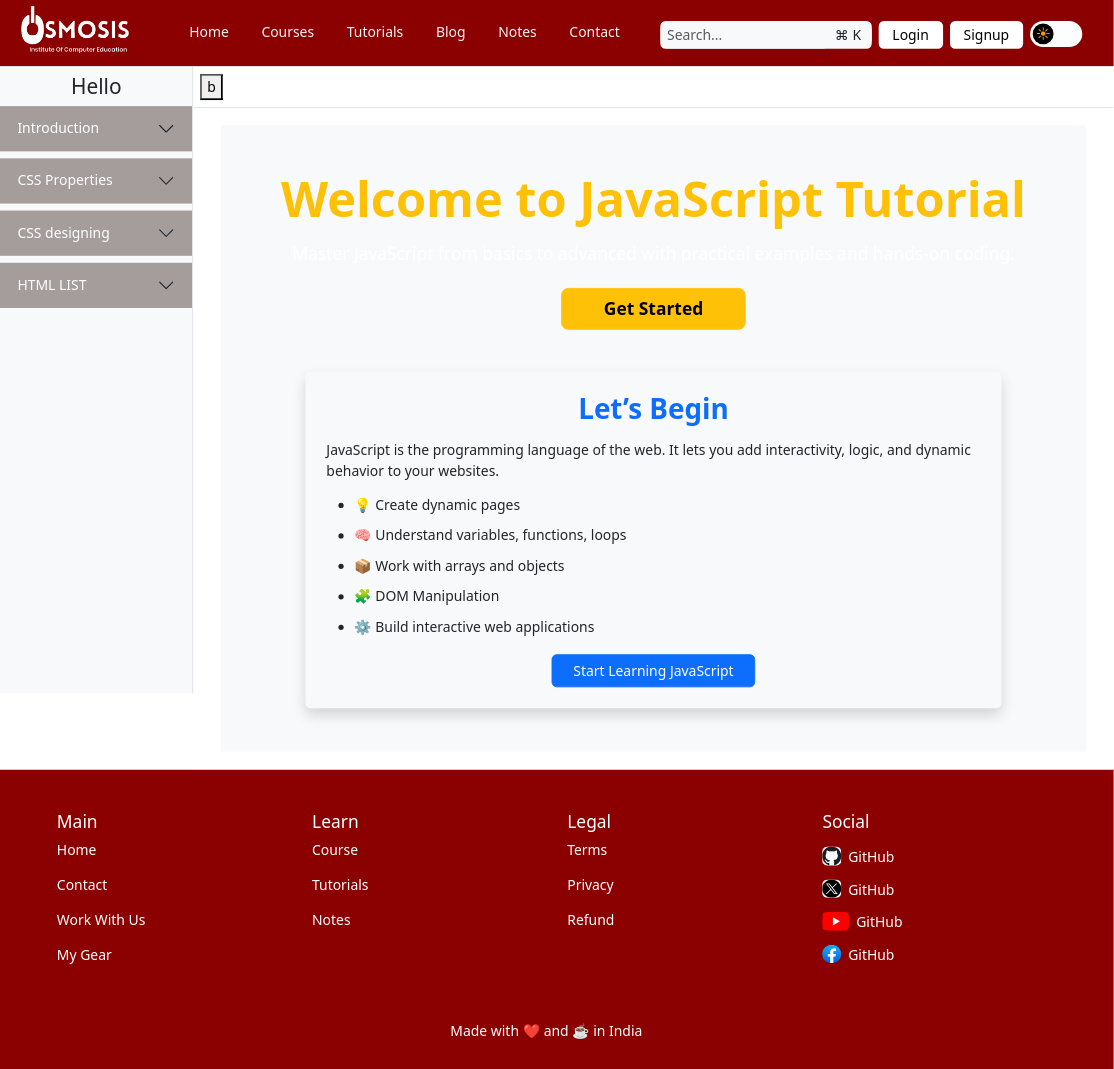
Repository: samriidhpandey/osmosis
Page: /js
These files come from the project's save history. The page is drawn as it stood at one moment and after a run of saves; the edit follows.
The browser window is 1280 px wide. The pictures show the whole page, at 87% of full size.
The project was rebuilt for these pictures with package versions that can differ from the ones it lists, and the page was loaded fresh each time. Also part of the build but not shown: vite.config.js, src/Section2.jsx, src/Section3.jsx, src/Section4.jsx, src/Section5.jsx, src/Hero.jsx, src/Component2/Courses.jsx, src/component3/Tutorial.jsx and 90 more. Imported but missing from the stored project, and not drawn on this page: src/Images/final-app-on-mobile.mp4, src/Images/final-app-on-pc.mp4, src/Images/open-terminals.mp4, src/Images/python-location.mp4.

Above is the page before, as saved 2025-07-12 19:21:30.

### index.html
<!doctype html>
<html lang="en">
  <head>
    <meta charset="UTF-8" />
    <link rel="icon" type="image/svg+xml" href="/vite.svg" />
    <meta name="viewport" content="width=device-width, initial-scale=1.0" />
    <title>Vite + React</title>
    <link href="https://cdn.jsdelivr.net/npm/bootstrap@5.0.2/dist/css/bootstrap.min.css" rel="stylesheet" integrity="sha384-EVSTQN3/azprG1Anm3QDgpJLIm9Nao0Yz1ztcQTwFspd3yD65VohhpuuCOmLASjC" crossorigin="anonymous">
    <link rel="stylesheet" href="https://cdnjs.cloudflare.com/ajax/libs/font-awesome/6.7.2/css/all.min.css" integrity="sha512-Evv84Mr4kqVGRNSgIGL/F/aIDqQb7xQ2vcrdIwxfjThSH8CSR7PBEakCr51Ck+w+/U6swU2Im1vVX0SVk9ABhg==" crossorigin="anonymous" referrerpolicy="no-referrer" />
    <link href="https://cdn.jsdelivr.net/npm/bootstrap@5.3.0/dist/css/bootstrap.min.css" rel="stylesheet" />
<link href="https://cdn.jsdelivr.net/npm/bootstrap-icons/font/bootstrap-icons.css" rel="stylesheet" />

  </head>
  <body>
    <div id="root"></div>
    <script type="module" src="/src/main.jsx"></script>
    <script src="https://cdn.jsdelivr.net/npm/bootstrap@5.0.2/dist/js/bootstrap.bundle.min.js" integrity="sha384-MrcW6ZMFYlzcLA8Nl+NtUVF0sA7MsXsP1UyJoMp4YLEuNSfAP+JcXn/tWtIaxVXM" crossorigin="anonymous"></script>
  </body>
</html>

### src/Footer.jsx
import React from 'react'
import get from './image/github.svg'
import get1 from './image/X.svg'
import get2 from './image/youtube.svg'
import get3 from './image/facebook.svg'

function Footer({isDark}) {
  const footer = {
    backgroundColor: isDark ? '#111827':'darkred',
    color: isDark ? 'white':'white',
  };
  return (
    <>
    <div className="container-fluid">
      <div className="row border-top" style={footer}>
        <div className="col-12 col-sm-12 col-md-12 col-lg-12 col-xl-11 col-xxl-10 m-auto ">
          <div className="row">
            <div className="col-6 col-sm-6 col-md-3 col-lg-3 col-xl-3 col-xxl-3 mt-5 fot-menu">
              <h5>Main</h5>
              <p>Home</p>
              <p>Contact</p>
              <p>Work With Us</p>
              <p>My Gear</p>
            </div>

            <div className="col-6 col-sm-6 col-md-3 col-lg-3 col-xl-3 col-xxl-3 mt-5">
              <h5>Learn</h5>
              <p>Course</p>
              <p>Tutorials</p>
              <p>Notes</p>

            </div>

            <div className="col-6 col-sm-6 col-md-3 col-lg-3 col-xl-3 col-xxl-3 mt-5">
              <h5>Legal</h5>
              <p>Terms</p>
              <p>Privacy</p>
              <p>Refund</p>

            </div>

            <div className="col-6 col-sm-6 col-md-3 col-lg-3 col-xl-3 col-xxl-3 mt-5">
              <h5>Social</h5>
              <div className="social d-flex p-0 mt-3"> <img src={get} className='img-fluid me-2 bg-light rounded' alt="" /> <p>GitHub</p></div>
              <div className="social d-flex p-0 mt-3"> <img src={get1} className='img-fluid me-2 bg-light rounded' alt="" /> <p>GitHub</p></div>
              <div className="social d-flex p-0 mt-3"> <img src={get2} className='img-fluid me-2' alt="" /> <p>GitHub</p></div>
              <div className="social d-flex p-0 mt-3"> <img src={get3} className='img-fluid me-2' alt="" /> <p>GitHub</p></div>

            </div>
          </div>
        </div>

        <div className="row">
          <div className="col-12 mb-3 mt-5">
            <p className='text-center'>Made with ❤️ and ☕ in India</p>
          </div>
        </div>
      </div>
    </div>
    </>
  )
}

export default Footer

### src/Tutorial-js/Homejs.jsx
import React from 'react'
import { Link, Outlet } from 'react-router-dom';

function Homejs() {
  const sidelist1 = () => {
  const sidelist = document.getElementById("sidelist");
  const isMobile = window.innerWidth <= 768; // Check if it's a mobile screen

  if (isMobile) {
    // Agar mobile screen hai to sidelist ko none karo
    sidelist.style.display = "none!important";
  } else {
    // Toggle for desktop
    if (sidelist.style.display === "block") {
      sidelist.style.display = "none";
    } else{
      sidelist.style.display = "block";
    }
  }

  const [activeItem, setActiveItem] = useState("intro1"); // default active

  const handleItemClick = (key) => {
    setActiveItem(key);
  };
};
  return (
    <>
    <div className="container-fluid">
        <div className="row">
          <div className="col-12 border-top d-flex p-0">
            <div className="side-list border-end bg-light" style={{ height: "100vh", overflowY: "auto",overflowX: "hidden"  }} id='sidelist'>
              <div className="row">
                <div className="col-12">
                  <h4 className='text-center mt-2'>Hello</h4>




                    <div className="accordion accordion-flush" id="accordionFlushExample">
  <div className="accordion-item">
    <h2 className="accordion-header" id="flush-headingOne">
      <button
        className="accordion-button collapsed custom-accordion-btn sidebar-link active"
        type="button"
        data-bs-toggle="collapse"
        data-bs-target="#flush-collapseOne"
        aria-expanded="false"
        aria-controls="flush-collapseOne"
      >
        Introduction
      </button>
    </h2>
    <div
      id="flush-collapseOne"
      className="accordion-collapse collapse"
      aria-labelledby="flush-headingOne"
      data-bs-parent="#accordionFlushExample"
    >
      <ul className="list-unstyled m-0 px-2 pb-2">
        <li className="mt-2">
          <Link to="Introandhis" className="text-decoration-none d-block px-3 py-2 rounded sidebar-link">
          Introduction & History
          </Link>{""}
        </li>
        <li className="mt-2">
          <Link to="Cssweb" className="text-decoration-none d-block px-3 py-2 rounded sidebar-link">
            Your first CSS website
          </Link>{""}
        </li>
        <li className='mt-2'>
          <Link to="Csswork" className="text-decoration-none d-block px-3 py-2 rounded sidebar-link">
            How CSS works?
          </Link>{""}
        </li>
        <li className='mt-2'>
          <Link to="Syntax" className="text-decoration-none d-block px-3 py-2 rounded sidebar-link">
            Syntax of CSS
          </Link>{""}
        </li>
        <li className='mt-2'>
          <Link to="Whystoaddcss" className="text-decoration-none d-block px-3 py-2 rounded sidebar-link">
            Whys to add CSS
          </Link>{""}
        </li>
        <li className='mt-2'>
          <Link to="CSSselector" className="text-decoration-none d-block px-3 py-2 rounded sidebar-link">
            CSS Selectors
          </Link>{""}
        </li>
        <li className='mt-2'>
          <Link to="Csscoments" className="text-decoration-none d-block px-3 py-2 rounded sidebar-link">
            CSS Comments
          </Link>{""}
        </li>
        <li className='mt-2'>
          <Link to="speci" className="text-decoration-none d-block px-3 py-2 rounded sidebar-link">
            CSS specificity
          </Link>{""}
        </li>

      </ul>
    </div>
  </div>
</div>








<div className="accordion accordion-flush mt-2" id="accordionFlushExample1">
  <div className="accordion-item">
    <h2 className="accordion-header" id="flush-headingtwo">
      <button
        className="accordion-button collapsed custom-accordion-btn-1 sidebar-link active"
        type="button"
        data-bs-toggle="collapse"
        data-bs-target="#flush-collapsetwo"
        aria-expanded="false"
        aria-controls="flush-collapsetwo"
      >
        CSS Properties
      </button>
    </h2>
    <div
      id="flush-collapsetwo"
      className="accordion-collapse collapse"
      aria-labelledby="flush-headingtwo"
      data-bs-parent="#accordionFlushExample1"
    >
      <ul className="list-unstyled m-0 px-2 pb-2">
        <li className="mt-2">
          <Link to="Boxmodel" className="text-decoration-none d-block px-3 py-2 rounded sidebar-link">
            CSS box model
          </Link>{""}
        </li>
        <li className="mt-2">
          <Link to="Liststyle" className="text-decoration-none d-block px-3 py-2 rounded sidebar-link">
            CSS list style
          </Link>{""}
        </li>
        <li className='mt-2'>
          <Link to="Csscolor" className="text-decoration-none d-block px-3 py-2 rounded sidebar-link">
            CSS Colors
          </Link>{""}
        </li>
        <li className='mt-2'>
          <Link to="Cssbackground" className="text-decoration-none d-block px-3 py-2 rounded sidebar-link">
            CSS Backgrounds
          </Link>{""}
        </li>
        <li className='mt-2'>
          <Link to="Cssborder" className="text-decoration-none d-block px-3 py-2 rounded sidebar-link">
            CSS border
          </Link>{""}
        </li>
        <li className='mt-2'>
          <Link to="Cssimg" className="text-decoration-none d-block px-3 py-2 rounded sidebar-link">
            CSS Images
          </Link>{""}
        </li>
        <li className='mt-2'>
          <Link to="Videoemb" className="text-decoration-none d-block px-3 py-2 rounded sidebar-link">
            CSS Video Embedding
          </Link>{""}
        </li>
        <li className='mt-2'>
          <Link to="Cssfonts" className="text-decoration-none d-block px-3 py-2 rounded sidebar-link">
            CSS Fonts
          </Link>{""}
        </li>
        <li className='mt-2'>
          <Link to="Csstext" className="text-decoration-none d-block px-3 py-2 rounded sidebar-link">
            CSS text styling
          </Link>{""}
        </li>
        <li className='mt-2'>
          <Link to="Csspadding" className="text-decoration-none d-block px-3 py-2 rounded sidebar-link">
            CSS padding
          </Link>{""}
        </li>
        <li className='mt-2'>
          <Link to="Cssmargin" className="text-decoration-none d-block px-3 py-2 rounded sidebar-link">
            CSS margin
          </Link>{""}
        </li>
        <li className='mt-2'>
          <Link to="Csshover" className="text-decoration-none d-block px-3 py-2 rounded sidebar-link">
            CSS hover
          </Link>{""}
        </li>
        <li className='mt-2'>
          <Link to="Csscursor" className="text-decoration-none d-block px-3 py-2 rounded sidebar-link">
            CSS cursors
          </Link>{""}
        </li>
        <li className='mt-2'>
          <Link to="Csslink" className="text-decoration-none d-block px-3 py-2 rounded sidebar-link">
            CSS links
          </Link>{""}
        </li>
        <li className='mt-2'>
          <Link to="Comdinators" className="text-decoration-none d-block px-3 py-2 rounded sidebar-link">
            CSS Comdinators
          </Link>{""}
        </li>
        <li className='mt-2'>
          <Link to="Pseudo" className="text-decoration-none d-block px-3 py-2 rounded sidebar-link">
            CSS Pseudo-classes
          </Link>{""}
        </li>
        <li className='mt-2'>
          <Link to="Cssbutton" className="text-decoration-none d-block px-3 py-2 rounded sidebar-link">
            CSS Buttons
          </Link>{""}
        </li>
        <li className='mt-2'>
          <Link to="Cssoverflow" className="text-decoration-none d-block px-3 py-2 rounded sidebar-link">
            CSS Overflow
          </Link>{""}
        </li>
        <li className='mt-2'>
          <Link to="Cssfloat" className="text-decoration-none d-block px-3 py-2 rounded sidebar-link">
            CSS float
          </Link>{""}
        </li>
        <li className='mt-2'>
          <Link to="Cssimpo" className="text-decoration-none d-block px-3 py-2 rounded sidebar-link">
            CSS !important
          </Link>{""}
        </li>
        <li className='mt-2'>
          <Link to="Cssmaths" className="text-decoration-none d-block px-3 py-2 rounded sidebar-link">
            CSS math function
          </Link>{""}
        </li>
        <li className='mt-2'>
          <Link to="Csssize" className="text-decoration-none d-block px-3 py-2 rounded sidebar-link">
            CSS size
          </Link>{""}
        </li>
        <li className='mt-2'>
          <Link to="Cssposition" className="text-decoration-none d-block px-3 py-2 rounded sidebar-link">
            CSS Positioning
          </Link>{""}
        </li>
        <li className='mt-2'>
          <Link to="Csszindex" className="text-decoration-none d-block px-3 py-2 rounded sidebar-link">
            CSS Z-index
          </Link>{""}
        </li>
        <li className='mt-2'>
          <Link to="Cssforms" className="text-decoration-none d-block px-3 py-2 rounded sidebar-link">
            CSS Forms
          </Link>{""}
        </li>
        <li className='mt-2'>
          <Link to="Cssnav" className="text-decoration-none d-block px-3 py-2 rounded sidebar-link">
            CSS Navigation Bar
          </Link>{""}
        </li>

      </ul>
    </div>
  </div>
</div>









                                                      {/* 3 vala section (Inline and block Elements) */}







<div className="accordion accordion-flush mt-2" id="accordionFlushExample2">
  <div className="accordion-item">
    <h2 className="accordion-header" id="flush-headingthree">
      <button
        className="accordion-button collapsed custom-accordion-btn-2 sidebar-link active"
        type="button"
        data-bs-toggle="collapse"
        data-bs-target="#flush-collapsethree"
        aria-expanded="false"
        aria-controls="flush-collapsethree"
      >
        CSS designing
      </button>
    </h2>
    <div
      id="flush-collapsethree"
      className="accordion-collapse collapse"
      aria-labelledby="flush-headingthree"
      data-bs-parent="#accordionFlushExample1"
    >
      <ul className="list-unstyled m-0 px-2 pb-2">
        <li className="mt-2">
          <Link to="Cssdisplay" className="text-decoration-none d-block px-3 py-2 rounded sidebar-link">
            CSS display
          </Link>{""}
        </li>
        <li className="mt-2">
          <Link to="Block" className="text-decoration-none d-block px-3 py-2 rounded sidebar-link">
            CSS FlexBox
          </Link>{""}
        </li>
        <li className="mt-2">
          <Link to="Block" className="text-decoration-none d-block px-3 py-2 rounded sidebar-link">
            CSS Grid
          </Link>{""}
        </li>
        <li className="mt-2">
          <Link to="Block" className="text-decoration-none d-block px-3 py-2 rounded sidebar-link">
            CSS Media Queries
          </Link>{""}
        </li>

      </ul>
    </div>
  </div>
</div>









                                                    {/* 4 vala section (Inline and block Elements) */}







<div className="accordion accordion-flush mt-2" id="accordionFlushExample2">
  <div className="accordion-item">
    <h2 className="accordion-header" id="flush-headingthree">
      <button
        className="accordion-button collapsed custom-accordion-btn-2 sidebar-link active"
        type="button"
        data-bs-toggle="collapse"
        data-bs-target="#flush-collapsefour"
        aria-expanded="false"
        aria-controls="flush-collapsefour"
      >
        HTML LIST
      </button>
    </h2>
    <div
      id="flush-collapsefour"
      className="accordion-collapse collapse"
      aria-labelledby="flush-headingfour"
      data-bs-parent="#accordionFlushExample1"
    >
      <ul className="list-unstyled m-0 px-2 pb-2">
        <li className="mt-2">
          <Link to="List" className="text-decoration-none d-block px-3 py-2 rounded sidebar-link">
            HTML Lists
          </Link>{""}
        </li>
        <li className="mt-2">
          <Link to="Unorder" className="text-decoration-none d-block px-3 py-2 rounded sidebar-link">
            HTML Unordered List
          </Link>{""}
        </li>
        <li className="mt-2">
          <Link to="Order" className="text-decoration-none d-block px-3 py-2 rounded sidebar-link">
            HTML Ordered List
          </Link>{""}
        </li>
        <li className="mt-2">
          <Link to="Defin" className="text-decoration-none d-block px-3 py-2 rounded sidebar-link">
            HTML Definition List
          </Link>{""}
        </li>

      </ul>
    </div>
  </div>
</div>
























                </div>
              </div>
            </div>










                                                            {/* click to show in sm and md screen only  */}


<div class="offcanvas offcanvas-start" tabindex="-1" id="offcanvasExample" aria-labelledby="offcanvasExampleLabel">
  <div class="offcanvas-header">
    <h5 class="offcanvas-title" id="offcanvasExampleLabel">Offcanvas</h5>
    <button type="button" class="btn-close text-reset" data-bs-dismiss="offcanvas" aria-label="Close"></button>
  </div>
  <div class="offcanvas-body">
    <div>
      Some text as placeholder. In real life you can have the elements you have chosen. Like, text, images, lists, etc.
    </div>
    <div class="dropdown mt-3">
      <button class="btn btn-secondary dropdown-toggle" type="button" id="dropdownMenuButton" data-bs-toggle="dropdown">
        Dropdown button
      </button>
      <ul class="dropdown-menu" aria-labelledby="dropdownMenuButton">
        <li><a class="dropdown-item" href="#">Action</a></li>
        <li><a class="dropdown-item" href="#">Another action</a></li>
        <li><a class="dropdown-item" href="#">Something else here</a></li>
      </ul>
    </div>
  </div>
</div>
















            <div className="maintextpage bg-white" id='maintextpage'>
              <div className="container-fluid">
                <div className="row">
                  <div className="col-12 m-0 p-2 border-bottom">
                    <button className='side-click' onClick={sidelist1}>b</button> <button class="side-click1 btn btn-white border" type="button" data-bs-toggle="offcanvas" data-bs-target="#offcanvasExample" aria-controls="offcanvasExample" >b</button>
                  </div>

                </div>
                <div className="row">
                  <div className="col-12">
                    <main style={{ flex: 1, padding: "20px" }}>
                      <Outlet />
                    </main>
                  </div>
                </div>
              </div>

            </div>





          </div>
        </div>
      </div>
    </>
  )
}

export default Homejs

### src/Tutorial-js/Introduction/Jswell.jsx
import React from 'react'

function Jswell() {
  return (
    <>
    <div className="min-vh-100 d-flex flex-column justify-content-center align-items-center bg-light text-white px-3">
      <div className="text-center">
        <h1 className="display-4 fw-bold mb-3 text-warning">Welcome to JavaScript Tutorial</h1>
        <p className="lead mb-4">
          Master JavaScript from basics to advanced with practical examples and hands-on coding.
        </p>
        <a href="#get-started" className="btn btn-warning btn-lg px-5 fw-bold">Get Started</a>
      </div>

      {/* Get Started Section */}
      <section id="get-started" className="mt-5 w-100">
        <div className="bg-light text-dark rounded p-4 shadow mx-auto" style={{ maxWidth: '800px' }}>
          <h2 className="fw-bold mb-3 text-center text-primary">Let’s Begin</h2>
          <p>JavaScript is the programming language of the web. It lets you add interactivity, logic, and dynamic behavior to your websites.</p>
          <ul>
            <li>💡 Create dynamic pages</li>
            <li>🧠 Understand variables, functions, loops</li>
            <li>📦 Work with arrays and objects</li>
            <li>🧩 DOM Manipulation</li>
            <li>⚙️ Build interactive web applications</li>
          </ul>
          <div className="text-center mt-4">
            <a href="/js/intro" className="btn btn-primary px-4">Start Learning JavaScript</a>
          </div>
        </div>
      </section>
    </div>
    </>
  )
}

export default Jswell

Loaded but not shown: src/main.jsx (common file); src/App.jsx (405 lines, source omitted); src/App.css (1039 lines, source omitted); src/index.css (no stored copy; drawn as an empty file)

After the next 2 saves:
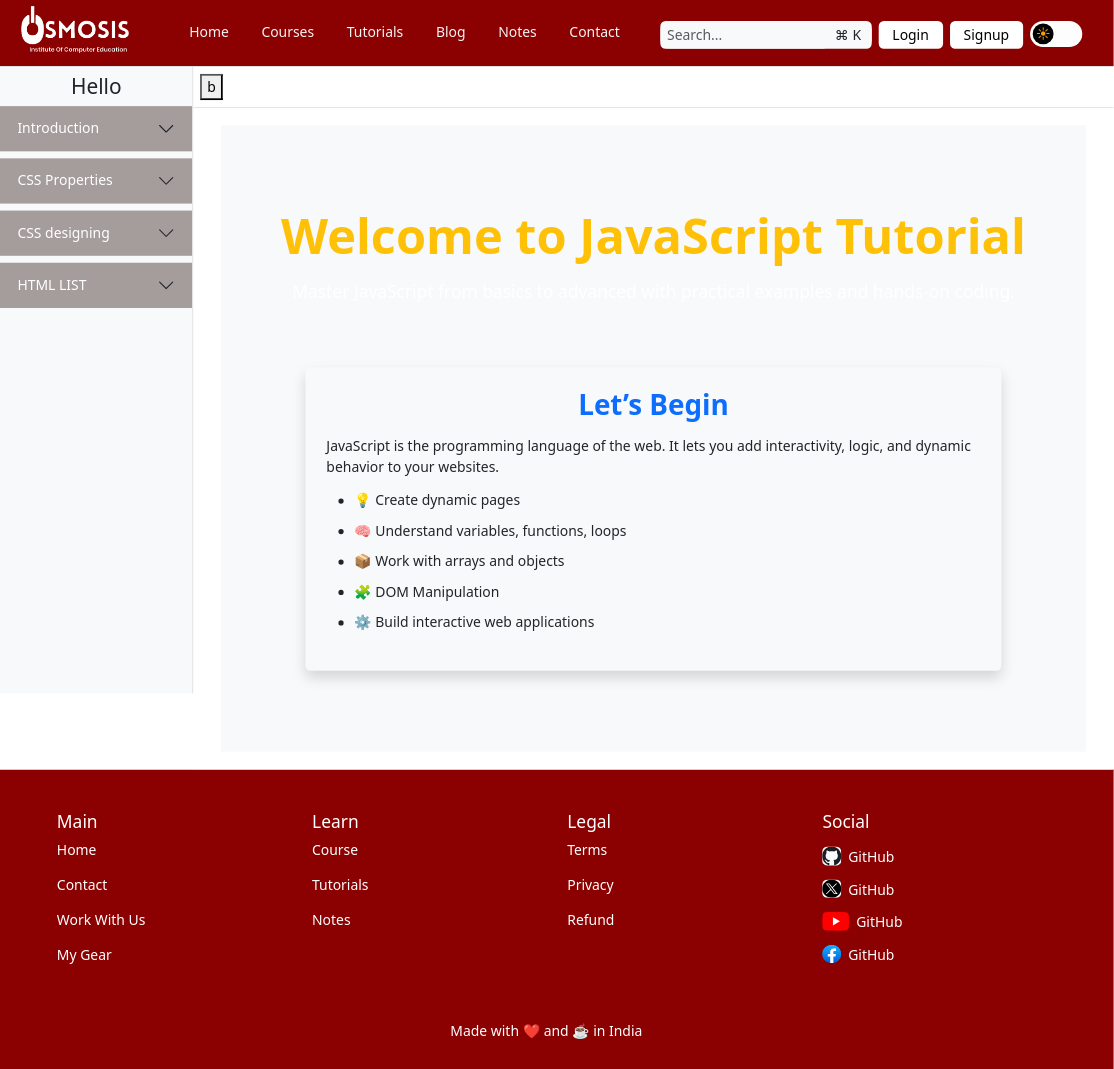
The 2 saves are shown as one change because they came seconds apart.
The last was saved 25 s later.
--- a/src/Tutorial-js/Introduction/Jswell.jsx
+++ b/src/Tutorial-js/Introduction/Jswell.jsx
@@ -9,7 +9,7 @@ function Jswell() {
         <p className="lead mb-4">
           Master JavaScript from basics to advanced with practical examples and hands-on coding.
         </p>
-        <a href="#get-started" className="btn btn-warning btn-lg px-5 fw-bold">Get Started</a>
+
       </div>
 
       {/* Get Started Section */}
@@ -25,7 +25,7 @@ function Jswell() {
             <li>⚙️ Build interactive web applications</li>
           </ul>
           <div className="text-center mt-4">
-            <a href="/js/intro" className="btn btn-primary px-4">Start Learning JavaScript</a>
+            {/* <a href="/js/intro" className="btn btn-primary px-4">Start Learning JavaScript</a> */}
           </div>
         </div>
       </section>
